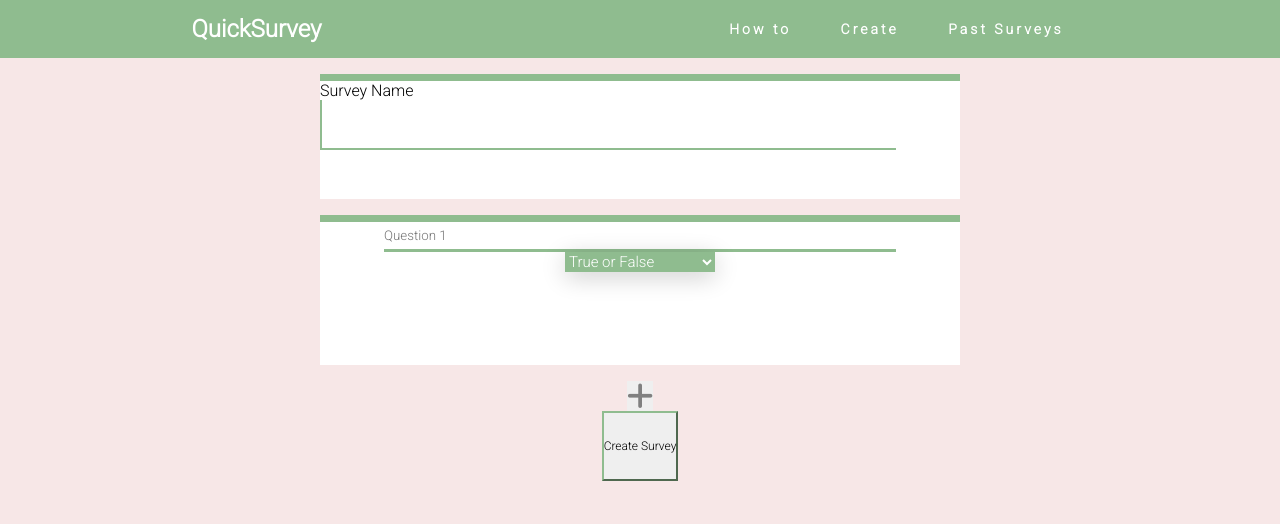
Repository: cakuang1/QuickSurvey
Page: create.html
The author's editor kept a copy of each file at every save. The page is drawn from the files as they stood at one save, then again after the next save.
The browser window is 1280 px wide. The pictures show the whole page.
Some web libraries are served in a nearby version.

Above is the page before, as saved 2022-01-08 23:54:38.

After the next save:
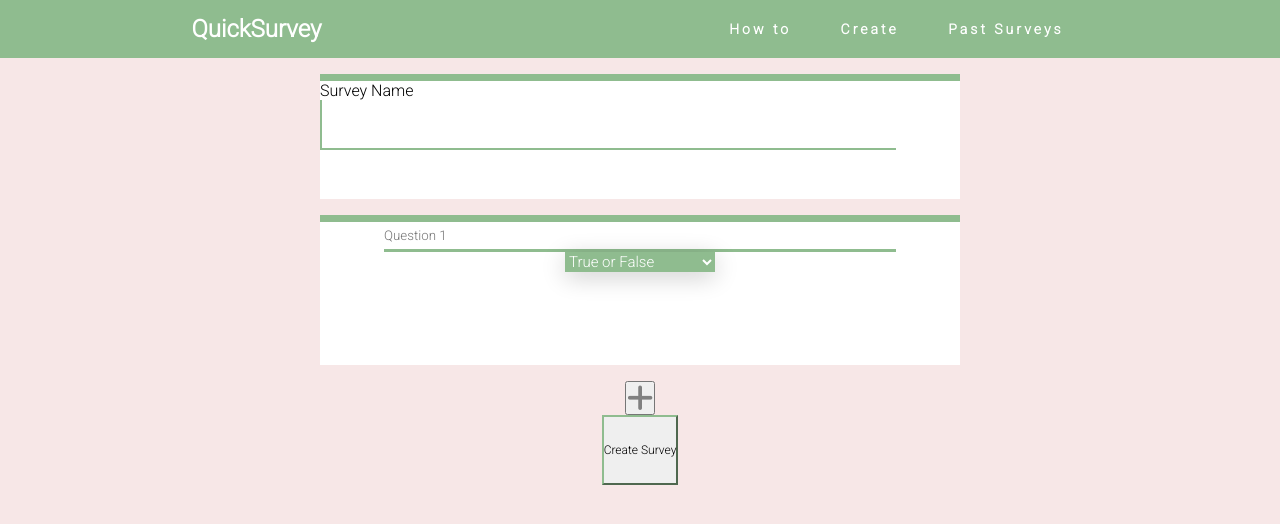
Saved 11 s later.
--- a/style.css
+++ b/style.css
@@ -82,8 +82,7 @@ nav {
 }
 
 .adds {
-    border: none;
-    color: none;
+
 }
 
 h1 {
